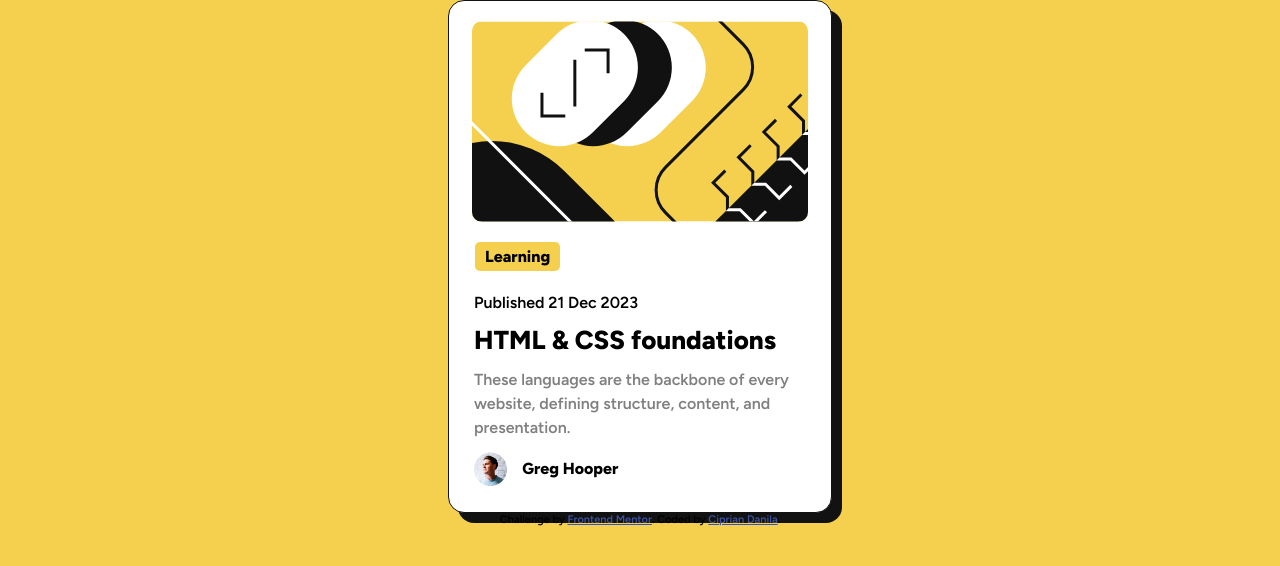
Repository: cipdanila/blog-preview-card
Page: index.html
These files come from the project's save history. The page is drawn as it stood at one moment and after the next save; the edit follows.
The browser window is 1280 px wide. The pictures show the whole page.

Above is the page before, as saved 2024-01-26 19:12:38.

### index.html
<!DOCTYPE html>
<html lang="en">
<head>
  <meta charset="UTF-8">
  <meta name="viewport" content="width=device-width, initial-scale=1.0"> <!-- displays site properly based on user's device -->

  <link rel="icon" type="image/png" sizes="32x32" href="./assets/images/favicon-32x32.png">
  <link rel="stylesheet" href="style.css">
  <title>Frontend Mentor | Blog preview card</title>

</head>
<body>
  <main>
    <div class="container">
      <div class="image">
        <img src="./assets/images/illustration-article.svg" alt="illustration article">
      </div>
      <div class="general">
        <div class="learning">
          <p>Learning</p>
        </div>
        <div class="publish">
          <p>Published 21 Dec 2023</p>
        </div>
        <div class="title">
          <h1>HTML & CSS foundations</h1>
        </div>
        <div class="info">
          <p>
            These languages are the backbone of every website, defining structure, content, and presentation.
          </p>
        </div>
        <div class="avatar">
          <img src="./assets/images/image-avatar.webp" alt="avatar">
          <p>Greg Hooper</p>
        </div>
      </div>
    </div>
  </main>

  <footer>
    <div class="attribution">
        Challenge by
        <a
            href="https://www.frontendmentor.io/challenges/blog-preview-card-ckPaj01IcS"
            target="_blank"
            rel="noopener noreferer"
            >Frontend Mentor</a
        >. Coded by <a href="https://github.com/cipdanila" target="_blank" rel="noopener noreferer">Ciprian Danila</a>.
    </div>
</footer>
</body>
</html>

### style.css
@import url('https://fonts.googleapis.com/css2?family=Figtree:wght@600;800&display=swap');

:root {
    /* Colors */
    /* Primary */
    --yellow: hsl(47, 88%, 63%);

    /* Neutral */
    --white: hsl(0, 0%, 100%);
    --grey: hsl(0, 0%, 50%);
    --black: hsl(0, 0%, 7%);
}

* {
    margin: 0;
    padding: 0;
    box-sizing: border-box;
}

body {
    display: flex;
    flex-direction: column;
    font-family: 'Figtree', sans-serif;
    font-size: 16px;
    font-weight: 600;
    background-color: var(--yellow);
}

.container {
    max-width: 600px;
    width: 30%;
    margin: auto;
    padding: 1.25rem 0.625rem;
    border-radius: 1rem;
    border: 1px solid var(--black);
    box-shadow: 10px 10px var(--black);
    display: flex;
    flex-direction: column;
    align-items: center;
    background-color: var(--white);
}

.image img {
    border-radius: 0.625rem;
}

.general {
    display: flex;
    flex-direction: column;
    align-self: start;
}

.learning {
    width: fit-content;
    background-color: var(--yellow);
    margin: 1rem;
    padding: 5px 10px;
    border-radius: 5px;
    font-weight: 800;
}

.publish, .title, .info {
    width: auto;
    margin: 5px;
    padding: 1px 10px;
}

.title h1 {
    font-weight: 800;
    font-size: 1.625rem;
}

.info p {
    color: var(--grey);
    line-height: 1.5;
    font-weight: 100;
}

.avatar {
    width: auto;
    display: flex;
    align-items: center;
    margin: 5px;
    padding: 1px 10px;
}

.avatar img {
    width: 10%;
}

.avatar p {
    display: inline-block;
    margin: 5px;
    padding: 1px 10px;
    font-weight: 800;
}

.attribution {
    font-size: 11px;
    text-align: center;
}
.attribution a {
    color: hsl(228, 45%, 44%);
}

/* @media (max-width: 576px) {
    .container {
        max-width: 100%;
    }
}

@media (min-width: 1440px) {
    .container {
        max-width: 1200px;
    }
} */

After the next save:
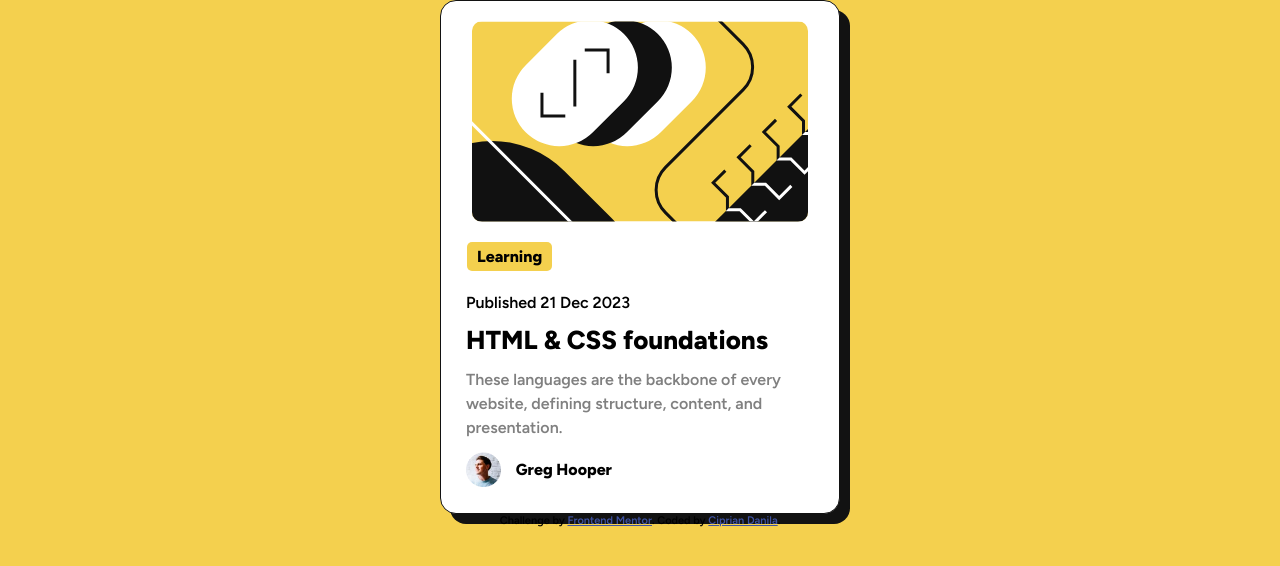
Saved 15 s later.
--- a/style.css
+++ b/style.css
@@ -27,7 +27,7 @@
 }
 
 .container {
-    max-width: 600px;
+    min-width: 400px;
     width: 30%;
     margin: auto;
     padding: 1.25rem 0.625rem;
